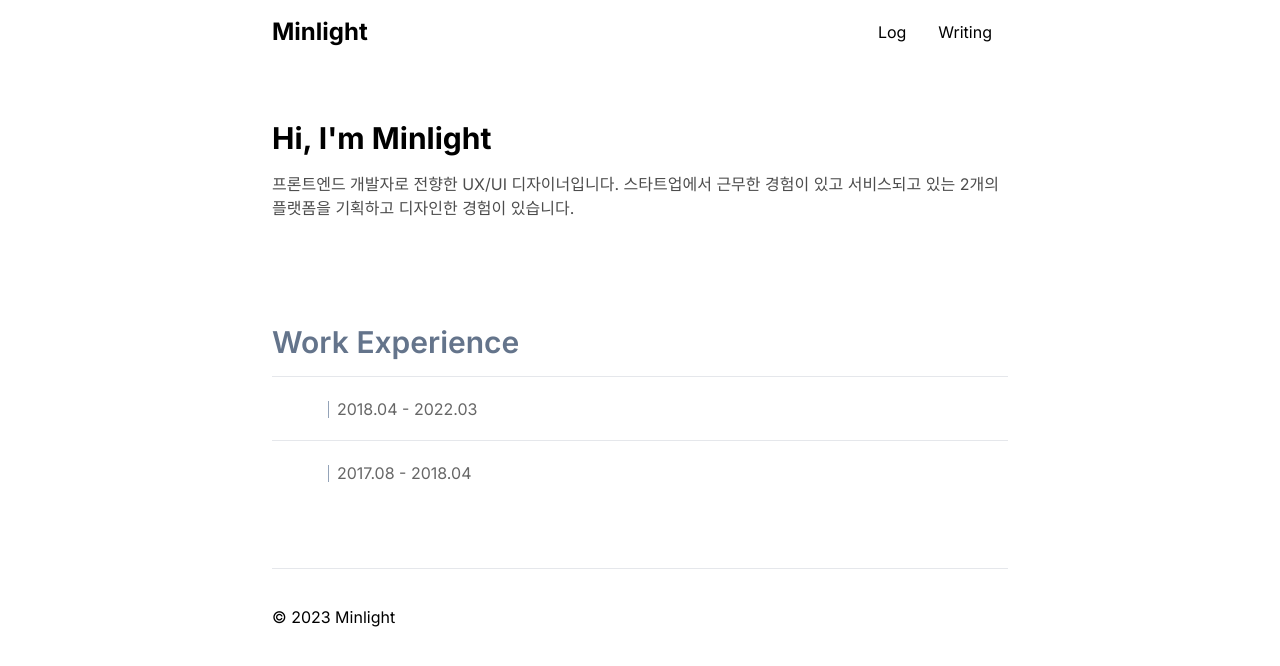
Repository: kwngmin/minlight-log
Page: /
These files come from the project's save history. The page is drawn as it stood at one moment and after a run of saves; the edit follows.
The browser window is 1280 px wide. The pictures show the whole page.
The project was rebuilt for these pictures with package versions that can differ from the ones it lists, and the page was loaded fresh each time. The framework's server and built-in components were replaced by stand-ins that run in the browser. Also part of the build but not shown: next.config.js.

Above is the page before, as saved 2023-04-04 16:11:03.

After the next 2 saves:
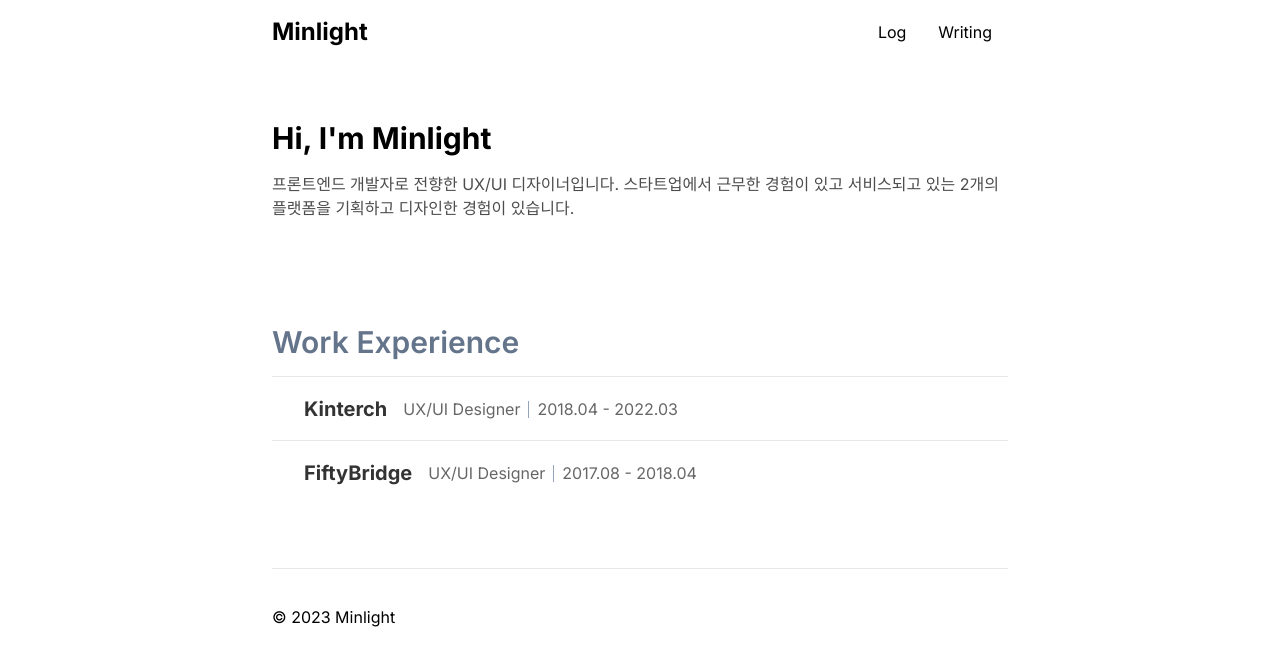
The 2 saves are shown as one change because 1 did not build or start.
The last was saved 26 s later.
--- a/src/components/Table.tsx
+++ b/src/components/Table.tsx
@@ -14,14 +14,14 @@ export default function Table({ tableData, subject }: Props) {
         {subject}
       </h2>
       <ul>
-        {tableData.map(({ organization, role, period }) => (
+        {tableData.map(({ head, content, period }) => (
           <li
-            key={organization}
+            key={head}
             className="flex flex-col justify-center lg:justify-start lg:flex-row items-center h-28 lg:h-16 border-t gap-0 lg:gap-4 px-4 lg:px-8"
           >
-            <h3 className="font-bold text-xl text-black/80">{organization}</h3>
+            <h3 className="font-bold text-xl text-black/80">{head}</h3>
             <section className="text-black/60 text-center lg:text-left">
-              <span>{role}</span>
+              <span>{content}</span>
               <span className="border-l text-sm mx-2 border-slate-400" />
               <span>{period}</span>
             </section>
